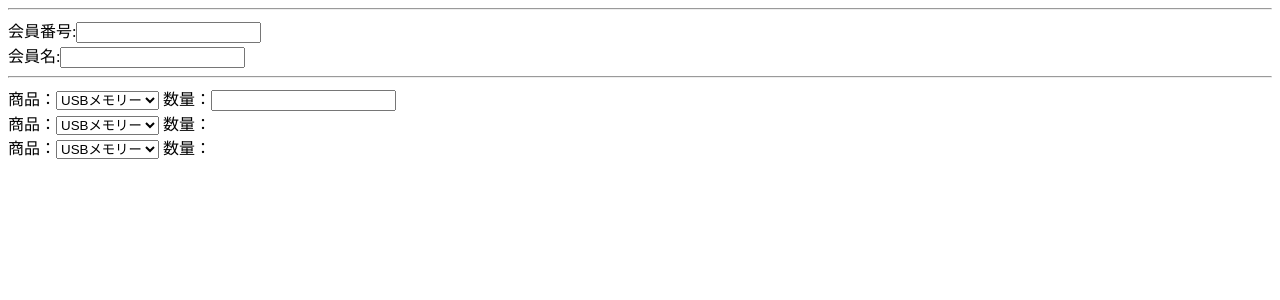
Repository: aiueo20/18ca0155
Page: SSP/kadai0204/WebContent/index.html
An editor plug-in stored every save of this project. The page is shown before and after the next save, followed by the edit.
The browser window is 1280 px wide. The pictures show the whole page.

Above is the page before, as saved 2018-11-26 07:37:49.

### SSP/kadai0204/WebContent/index.html
<!DOCTYPE html>
<html>
<head>
<meta charset="UTF-8">
<title>kadai0204</title>
</head>
<body>
<form action="/kadai0204/BuyServlet" method="get">
<hr>
会員番号:<input type="text" name="kaiinnbangou"><br>
会員名:<input type="text" name="kaiinnmei"><br>
<hr>
商品：<select name="product1">
		<option>USBメモリー</option>
		<option>マウス</option>
	　</select>
数量：<input type="text" name="suuryou1">
<br>
商品：<select name="product1">
		<option>USBメモリー</option>
		<option>マウス</option>
	　</select>
数量：
<br>
商品：<select name="product1">
		<option>USBメモリー</option>
		<option>マウス</option>
	　</select>
数量：
<br>
</form>

</body>
</html>

After the next save:
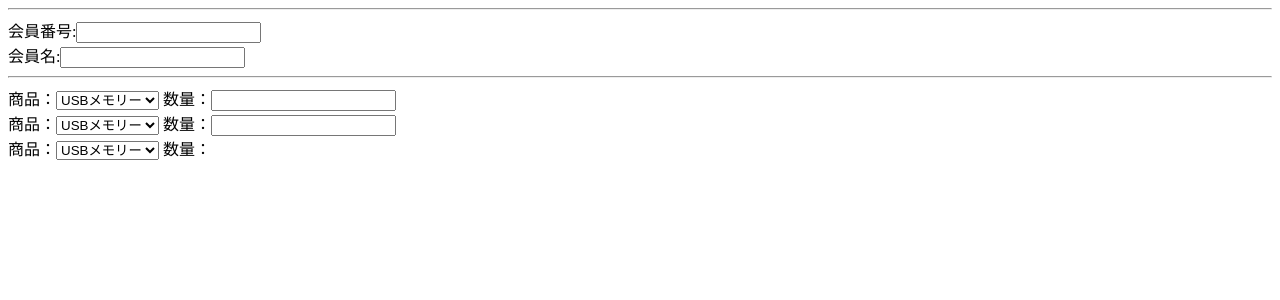
Saved 9 s later.
--- a/SSP/kadai0204/WebContent/index.html
+++ b/SSP/kadai0204/WebContent/index.html
@@ -20,7 +20,7 @@
 		<option>USBメモリー</option>
 		<option>マウス</option>
 	　</select>
-数量：
+数量：<input type="text" name="suuryou2">
 <br>
 商品：<select name="product1">
 		<option>USBメモリー</option>
